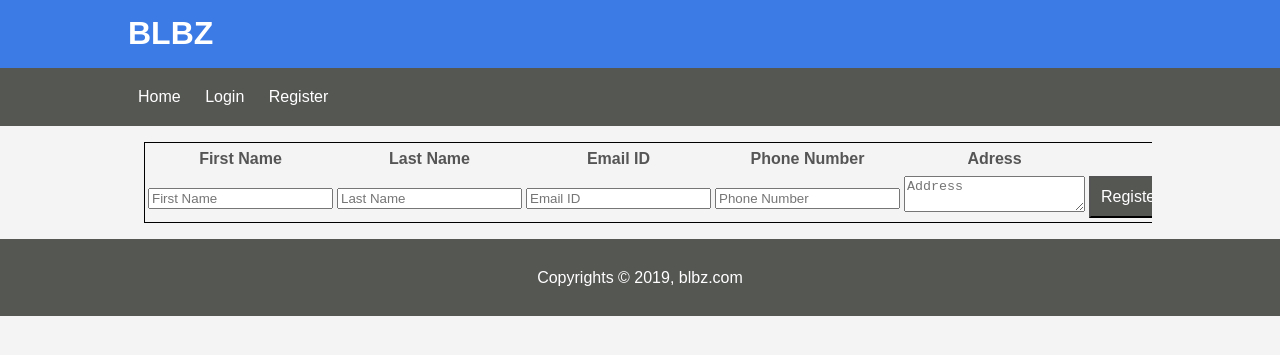
Repository: Kutty39/WebApps
Page: http://localhost/WebPageApp1/editpage.jsp
An editor plug-in stored every save of this project. The page is shown before and after the next save, followed by the edit.
The browser window is 1280 px wide. The pictures show the whole page.
The page is served by Tomcat 9.

Above is the page before, as saved 2019-12-09 13:22:18.

After the next save:
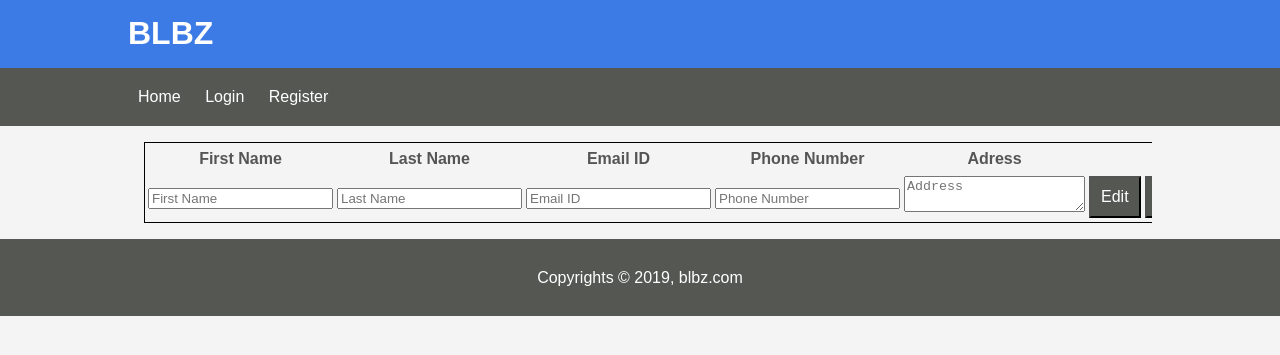
Saved 33 s later.
--- a/LoginRegistrationPage/WebPageApp1/src/main/webapp/editpage.jsp
+++ b/LoginRegistrationPage/WebPageApp1/src/main/webapp/editpage.jsp
@@ -56,7 +56,9 @@ pageEncoding="UTF-8"%>
 					<td><textarea name="adrs" required="required"
 							placeholder="Address"></textarea></td>
 					<td><input id="regBtn" class="button" type="submit"
-						value="Register"></td>
+						value="Edit"></td>
+						<td><input id="regBtn" class="button" type="submit"
+						value="Delete"></td>
 				</tr>
 			</table>
 		</div>
